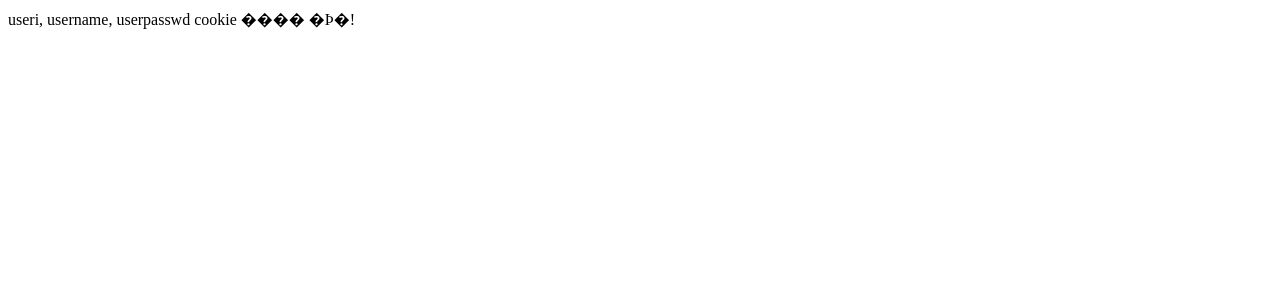
Repository: 2ujin/2018-PHP-afterschool
Page: http://localhost/CH08/02_cookie3.php
These files come from the project's save history. The page is drawn as it stood at one moment and after the next save; the edit follows.
The browser window is 1280 px wide. The pictures show the whole page.
The page is run by PHP 8.4 with error messages shown; the project is at /var/www/html/.

Above is the page before, as saved 2018-08-01 01:07:59.

### PHPStudy/CH08/02_cookie3.php
<?php
$uid = setcookie("userid", "");
$name = setcookie("username", "");
$passwd = setcookie("userpasswd", "", time()+10);

if($uid and $name)
    echo "useri, username, userpasswd cookie 생성 완료!";
    ?>

After the next save:
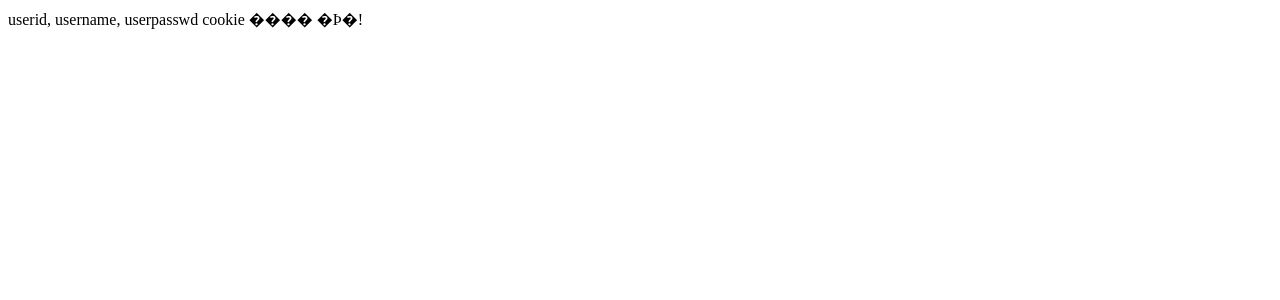
Saved 37 s later.
--- a/PHPStudy/CH08/02_cookie3.php
+++ b/PHPStudy/CH08/02_cookie3.php
@@ -4,5 +4,5 @@ $name = setcookie("username", "");
 $passwd = setcookie("userpasswd", "", time()+10);
 
 if($uid and $name)
-    echo "useri, username, userpasswd cookie 생성 완료!";
+    echo "userid, username, userpasswd cookie 생성 완료!";
     ?>
